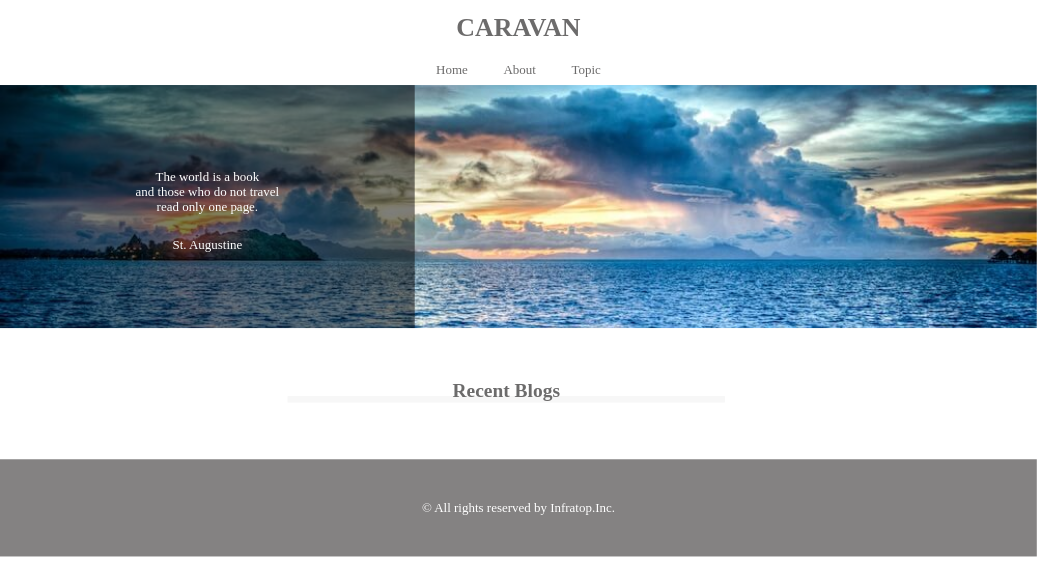
Repository: TKCitoh/html-5-
Page: html 7章/index.html
The author's editor kept a record of every edit. The page is drawn from the files as they stood at one moment, then again after the next edit.
The browser window is 1280 px wide. The page is 1280 px wide, then 1301 px, so the pictures cover 1301 px, including what lies to the right of the window. The pictures show the whole page, at 81% of full size.

Above is the page before.

After the next edit:
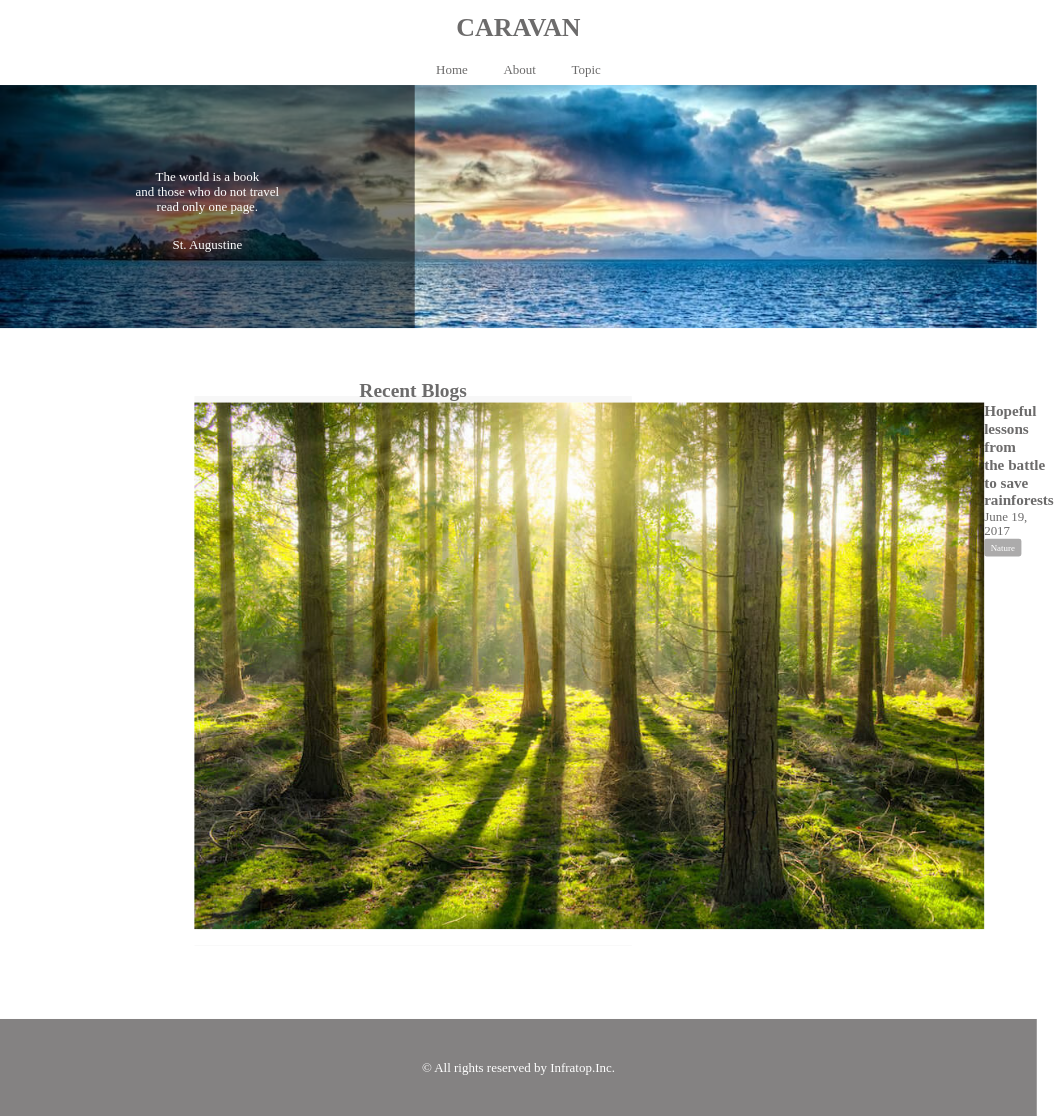
The edit:
--- a/html 7章/index.html
+++ b/html 7章/index.html
@@ -46,7 +46,21 @@
     <main>
       <section class="blog">
         <h2 class="blog-heading">Recent Blogs</h2>
-      </section>
+        <div class="blog-item">
+          <img class="blog-image" src="img/forest.jpg">
+          <section class="blog-text">
+            <h3>
+              <a href="single.html">
+                Hopeful lessons from<br>
+                the battle to save<br>
+                rainforests
+              </a>
+            </h3>
+            <p>June 19, 2017</p>
+            <span class="category">Nature</span>
+          </section>
+        </div>      </section>
+      <div class="sidebar"></div>
     </main>
 
     <!-- footer -->
